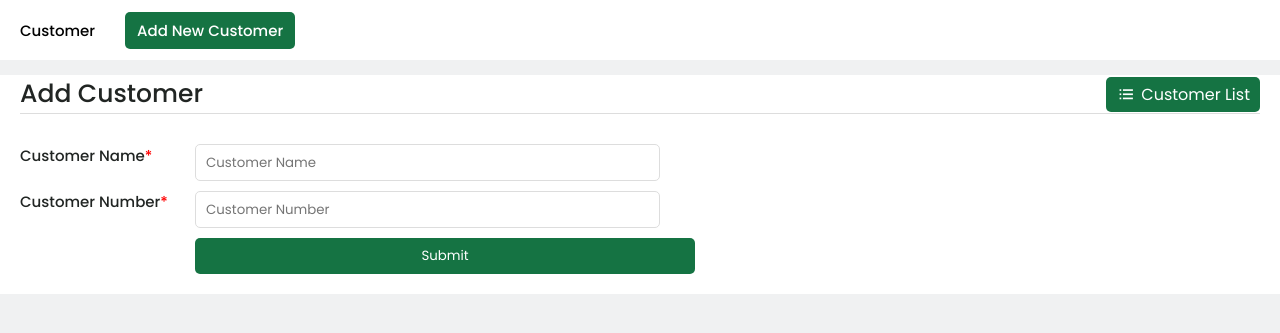
Repository: codebyaddro/customer-page
Page: pages/html/ancus.html
An editor plug-in stored every save of this project. The page is shown before and after the next save, followed by the edit.
The browser window is 1280 px wide. The pictures show the whole page.

Above is the page before, as saved 2025-02-20 15:12:27.

### pages/html/ancus.html
<!DOCTYPE html>
<html lang="en">
<head>
    <meta charset="UTF-8">
    <meta name="viewport" content="width=device-width, initial-scale=1.0">
    <!-- CSS -->
    <link rel="stylesheet" href="/pages/css/ancus.css">
    <!-- Icons -->
    <link href='https://unpkg.com/boxicons@2.1.4/css/boxicons.min.css' rel='stylesheet'>
    <title>Add New Customer - Page</title>
</head>
<body style="background-color: var(--gray-white);">
    <div class="cba-add-new-cus-container">
        <div class="cba-ancus-top-menus">
            <ul>
                <li><a href="/index.html" class="cba-ancus-light-up">Customer</a></li>
                <li><a href="/inner-pages/html/anc.html" class="cba-ancus-active-menu">Add New Customer</a></li>
            </ul>
        </div>
        <div class="cba-ancus-add-container">
            <div class="cba-ancus-heading-add-new-btn">
                <div class="cba-ancus-heading">
                    <h2>Add Customer</h2>
                </div>
                <div class="cba-ancus-cate-list-btn">
                    <i class='cba-ancus-add-icon bx bx-list-ul'></i>
                    <a href="/index.html">Customer List</a>
                </div>
            </div>
            <div class="cba-ancus-category-add-field">
                <div class="cba-ancus-form-con">
                    <div class="cba-ancus-label">
                        <label for="customer-name">Customer Name<span class="cba-ancus-required">*</span></label>
                        <label for="customer-number">Customer Number<span class="cba-ancus-required">*</span></label>
                    </div>
                    <div class="cba-ancus-input">
                        <input type="text" name="customer-name" id="customer-name" placeholder="Customer Name">
                        <input type="text" name="customer-number" id="customer-number" placeholder="Customer Number">
                        <div class="cba-ancus-submit-btn">
                            <input type="submit">
                        </div>
                    </div>
                </div>
            </div>
        </div>
    </div>
</body>
</html>

### pages/css/ancus.css
/* -- fonts -- */
@import url('https://fonts.googleapis.com/css2?family=Poppins:ital,wght@0,100;0,200;0,300;0,400;0,500;0,600;0,700;0,800;0,900;1,100;1,200;1,300;1,400;1,500;1,600;1,700;1,800;1,900&family=Raleway:ital,wght@0,100..900;1,100..900&family=Roboto:ital,wght@0,100;0,300;0,400;0,500;0,700;0,900;1,100;1,300;1,400;1,500;1,700;1,900&family=VT323&display=swap');

/* -- root -- */

:root {
    --gray-white: #F0F1F2;
    --white: #FFFFFF;
    --black: #000000;
    --gray-black: #DDDDDD;
    --light-black: #212523;
    --main-green: #157343;
    --main-light: #37A000;
    --light-orange: #FD7E14;
    --green: #008000;
    --light-green: #e9f6ec;
    --red: #FF0000;
    --light-red: #fbeaec;
}

/* --universal style -- */

* {
    margin: 0;
    padding: 0;
    box-sizing: border-box;
    font-family: "Poppins", serif;
}

/* -- website app text selection cursor style */

::selection {
    color: var(--white);
    background-color: var(--main-light);
}

/* -- add new container style -- */

.cba-add-new-cus-container {
    width: 100%;
}

/* -- top menus style--  */

.cba-ancus-top-menus {
    background-color: var(--white);
    display: flex;
    justify-content: left;
    align-items: center;
    height: 60px;
    padding: 0px 40px;
    margin-bottom: 15px;
}

.cba-ancus-top-menus ul {
    list-style-type: none;
    display: flex;
    gap: 30px;
    margin-left: -20px;
}

.cba-ancus-top-menus ul li a {
    text-decoration: none;
    color: var(--black);
    font-size: 15px;
    font-weight: 500;
}

/* -- active menu style -- */

.cba-ancus-active-menu {
    color: var(--white)!important;
    background-color: var(--main-green);
    padding: 8px 12px;
    border-radius: 5px;
}

/* -- menu hover style -- */

.cba-ancus-light-up:hover {
    color: var(--light-orange);
}

/* -- list container style -- */

.cba-ancus-add-container {
    background-color: var(--white);
    padding: 0px 20px;
}

/* -- heading-add-new-btn style -- */

.cba-ancus-heading-add-new-btn {
    display: flex;
    justify-content: space-between;
    align-items: center;
    border-bottom: 1px solid var(--gray-black);
}

.cba-ancus-heading h2 {
    color: var(--light-black);
    font-size: 25px;
    font-weight: 500;
}

/* -- add-new-btn style -- */

.cba-ancus-cate-list-btn {
    display: flex;
    gap: 5px;
    justify-content: baseline;
    align-items: center;
}

.cba-ancus-cate-list-btn {
    background-color: var(--main-green);
    padding: 5px 10px;
    border-radius: 5px;
}

.cba-ancus-cate-list-btn a {
    color: var(--white);
    text-decoration: none;
}

.cba-ancus-add-icon {
    color: var(--white);
    font-size: 20px;
}

/* -- category add field style -- */

/* -- label red star style -- */
.cba-ancus-required {
    color: var(--red);
}

.cba-ancus-category-add-field {
    width: 50%;
    padding-top: 30px;
    padding-bottom: 20px;
}

.cba-ancus-form-con {
    display: grid;
    gap: 20px;
    grid-template-columns: 25% 75%;
}

.cba-ancus-form-con .cba-ancus-label {
    display: flex;
    justify-content: left;
    flex-direction: column;
}

.cba-ancus-form-con input {
    display: flex;
    justify-content: left;
    flex-direction: column;
    width: 500px;
}

.cba-ancus-form-con label {
    color: var(--light-black);
    font-size: 15px;
    font-weight: 500;
    margin-bottom: 22.5px;
}

input[type="text"] {
    width: 100%;
    padding: 7.5px 10px;
    border: 1px solid var(--gray-black);
    border-radius: 5px;
    outline: none;
    margin-top: 0px;
    margin-bottom: 10px;
}

select {
    width: 100%;
    padding: 7.5px 10px;
    border: 1px solid var(--gray-black);
    border-radius: 5px;
    outline: none;
    appearance: none;
}

.submit-btn {
    display: flex;
    justify-content: right;
    margin-top: 10px;
}

input[type="submit"] {
    background-color: var(--main-green);
    color: var(--white);
    border: none;
    border-radius: 5px;
    padding: 8px 12px;
    cursor: pointer;
}

After the next save:
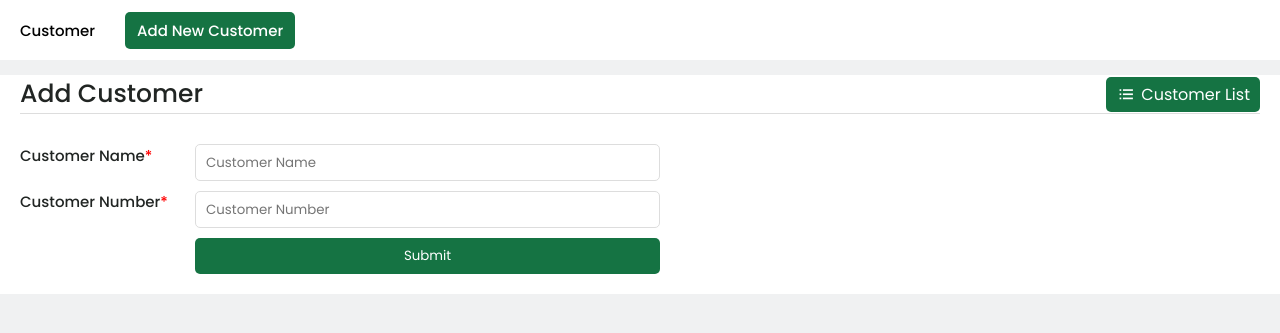
Saved 6 s later.
--- a/pages/css/ancus.css
+++ b/pages/css/ancus.css
@@ -186,7 +186,7 @@ select {
     appearance: none;
 }
 
-.submit-btn {
+.cba-ancus-submit-btn {
     display: flex;
     justify-content: right;
     margin-top: 10px;
